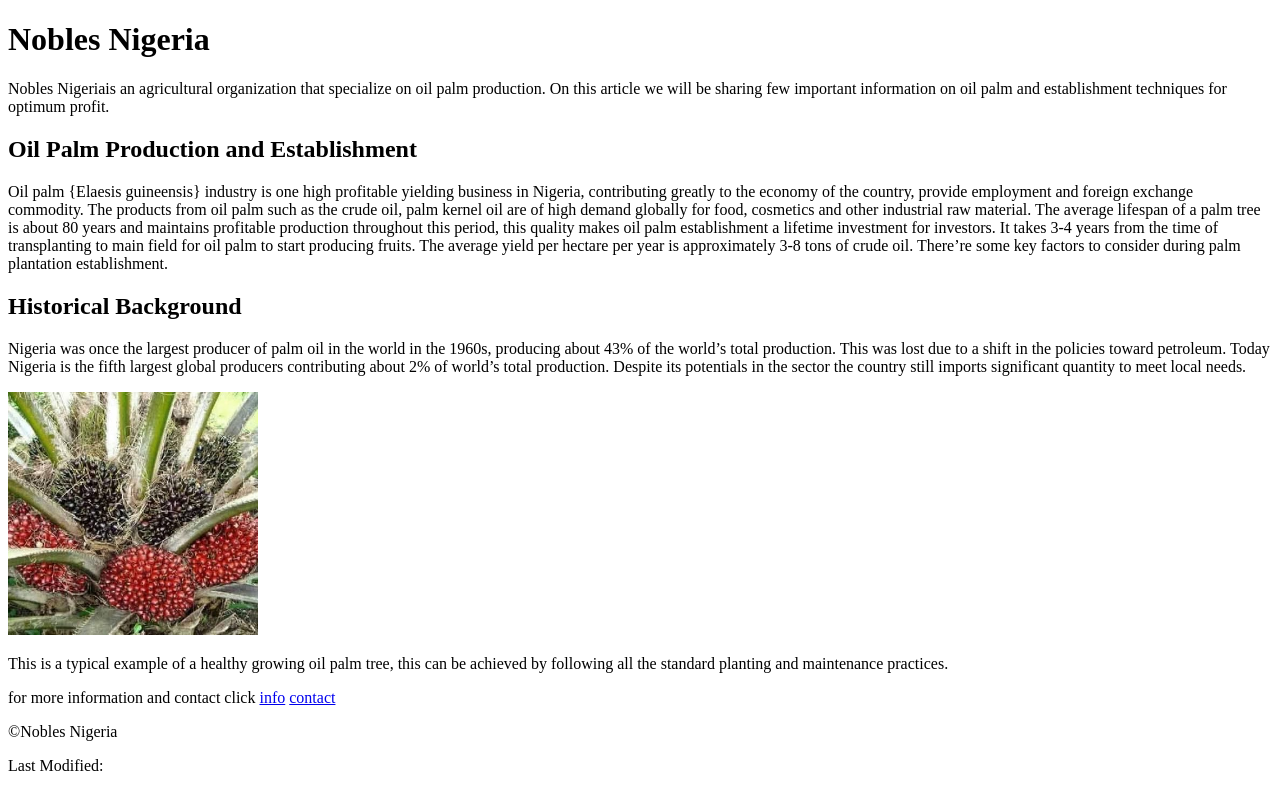
Repository: NoblesNigeria/wdd131
Page: wdd131-project/course-project.html
The author's editor kept a copy of each file at every save. The page is drawn from the files as they stood at one save, then again after the next save.
The browser window is 1280 px wide. The pictures show the whole page.

Above is the page before, as saved 2025-12-03 13:53:31.

### wdd131-project/course-project.html
<!DOCTYPE html>
<html lang="en">
<head>
    <meta charset="UTF-8">
    <meta name="viewport" content="width=device-width, initial-scale=1.0">
    <title>WDD 131 Course Project</title>
    <meta name="author" content="Nwose Anthony">
    <meta name="description" content="WDD 131 end of course project, It help students to independently practice some skills gained during the course.  ">
    <link rel="stylesheet" href="styles/course-project.css">
    <link rel="stylesheet" href="styles/course-project-large.css">
    <link src="scripts/course-project.js">
</head>
<body>
    <header>
        <h1>Nobles Nigeria</h1>
    </header>
    <main>
        <p><span>Nobles Nigeria</span>is an agricultural organization that specialize on oil palm production. On this article we will be sharing few important information on oil palm and establishment techniques for optimum profit. </p>
        <h2>Oil Palm Production and Establishment</h2>
        <p>Oil palm {Elaesis guineensis} industry is one high profitable yielding
business in Nigeria, contributing greatly to the economy of the
country, provide employment and foreign exchange commodity. The
products from oil palm such as the crude oil, palm kernel oil are of
high demand globally for food, cosmetics and other industrial raw
material. The average lifespan of a palm tree is about 80 years and
maintains profitable production throughout this period, this quality
makes oil palm establishment a lifetime investment for investors. It
takes 3-4 years from the time of transplanting to main field for oil
palm to start producing fruits. The average yield per hectare per year
is approximately 3-8 tons of crude oil. There’re some key factors to
consider during palm plantation establishment.</p>
        <h2>Historical Background</h2>
        <p>Nigeria was once the largest producer of palm oil in the world in the
1960s, producing about 43% of the world’s total production. This
was lost due to a shift in the policies toward petroleum. Today
Nigeria is the fifth largest global producers contributing about 2% of
world’s total production. Despite its potentials in the sector the
country still imports significant quantity to meet local needs.</p>
        <aside>
            <img src="images/teneratree.jpg" width="250" height="auto">
            <p>This is a typical example of a healthy growing oil palm tree, this can be achieved by following all the standard planting and maintenance practices. </p>
        </aside>
    </main>
    <footer>
        <p>for more information and contact click <a href="#">info</a> <a href="#">contact</a></p>
        <p>&copy;<span id="current-year"></span>Nobles Nigeria</p>
        <p>Last Modified:<span id="lastModified"></span></p>
    </footer>
</body>
</html

Loaded but not shown: wdd131-project/styles/course-project.css (no copy from this time; the picture is the same without it); wdd131-project/styles/course-project-large.css (no stored copy; drawn as an empty file)

After the next save:
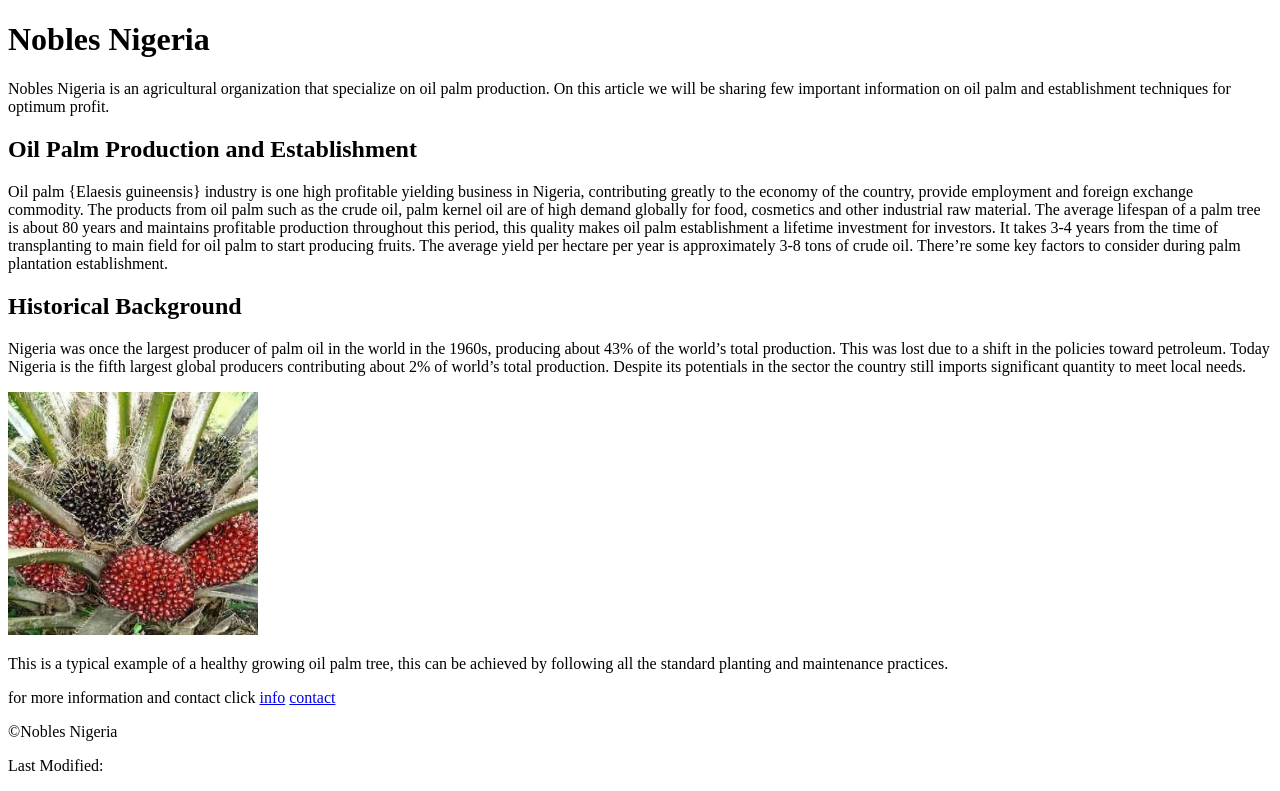
Saved 49 s later.
--- a/wdd131-project/course-project.html
+++ b/wdd131-project/course-project.html
@@ -15,7 +15,7 @@
         <h1>Nobles Nigeria</h1>
     </header>
     <main>
-        <p><span>Nobles Nigeria</span>is an agricultural organization that specialize on oil palm production. On this article we will be sharing few important information on oil palm and establishment techniques for optimum profit. </p>
+        <p><span>Nobles Nigeria </span>is an agricultural organization that specialize on oil palm production. On this article we will be sharing few important information on oil palm and establishment techniques for optimum profit. </p>
         <h2>Oil Palm Production and Establishment</h2>
         <p>Oil palm {Elaesis guineensis} industry is one high profitable yielding
 business in Nigeria, contributing greatly to the economy of the
@@ -47,4 +47,4 @@ country still imports significant quantity to meet local needs.</p>
         <p>Last Modified:<span id="lastModified"></span></p>
     </footer>
 </body>
-</html
+</html>
